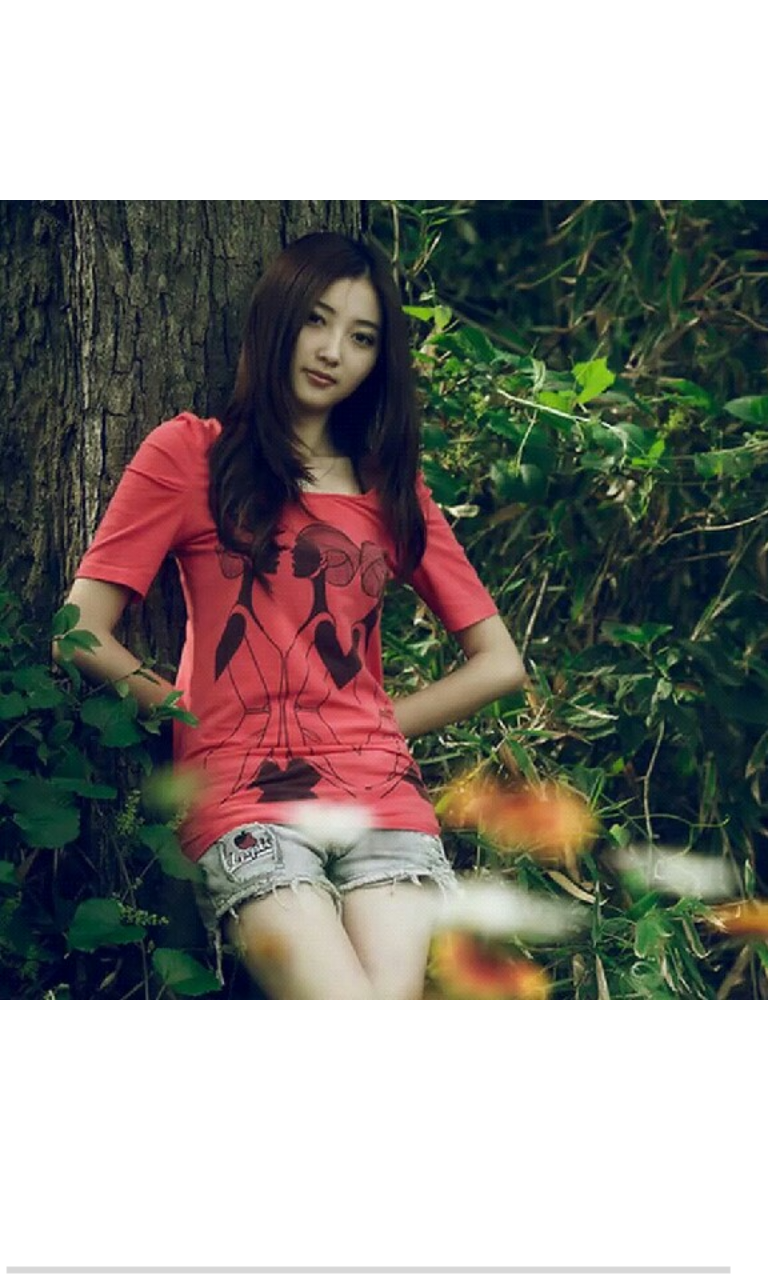
Repository: treizeor/android-examples
Layout: Ch003ScrollView/res/layout/horizontal.xml
The author's editor kept a copy of each file at every save. The layout is drawn from the files as they stood at one save, then again after the next save.
It is drawn on a 768 x 1280 px phone screen (xhdpi) without system bars, with theme AppTheme; the app's code is not run.

Above is the layout before, as saved 2014-06-01 12:16:54.

After the next save:
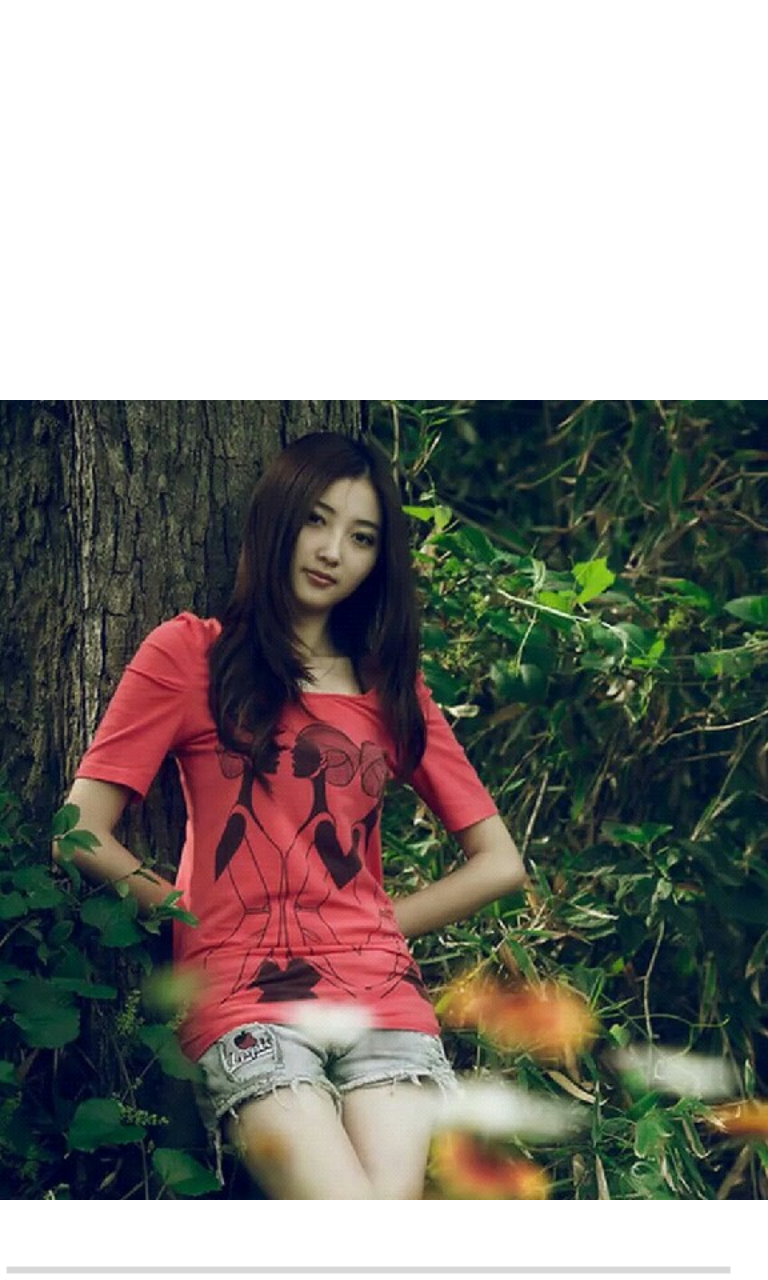
Saved 30 s later.
--- a/Ch003ScrollView/res/layout/horizontal.xml
+++ b/Ch003ScrollView/res/layout/horizontal.xml
@@ -5,8 +5,8 @@
 
     <ImageView
         android:id="@+id/imageView1"
-        android:layout_width="600dp"
-        android:layout_height="600dp"
+        android:layout_width="800dp"
+        android:layout_height="800dp"
         android:src="@drawable/img4" />
 
 </HorizontalScrollView>
